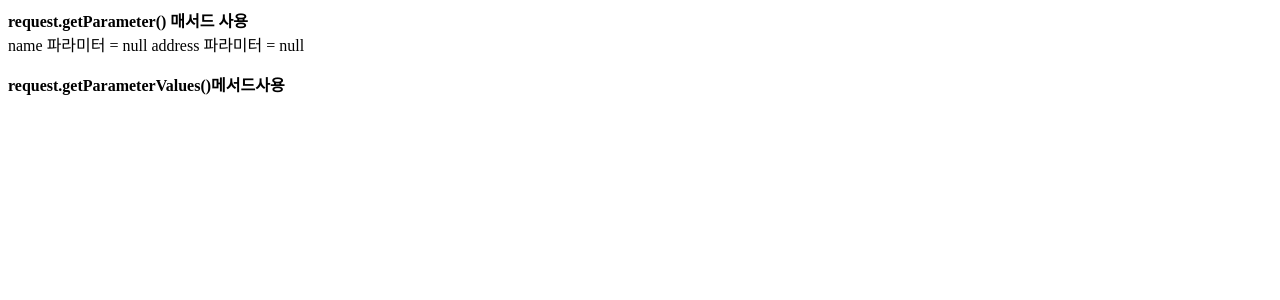
Repository: ikobean/ikoebean
Page: http://localhost/dev_jsp/ch3/viewParameter.jsp
These files come from the project's save history. The page is drawn as it stood at one moment and after the next save; the edit follows.
The browser window is 1280 px wide. The pictures show the whole page.
The page is served by Tomcat 9. Other server files are loaded and not shown.

Above is the page before, as saved 2019-07-15 03:15:59.

### workspace_jsp/dev_jsp/WebContent/ch3/viewParameter.jsp
<%@ page language="java" contentType="text/html; charset=UTF-8"
    pageEncoding="UTF-8"%>
<!DOCTYPE html>
<html>
<head>
<meta charset="UTF-8">
<title>요청 파라미터 출력</title>
</head>
<body>
<b> request.getParameter() 매서드 사용</b><br>
name 파라미터 = <%= request.getParameter("name") %>
address 파라미터 = <%= request.getParameter("address") %>
<p>
<b>request.getParameterValues()메서드사용</b><br>
<%
	String[] values=request.getParameterValues("pet");
	if(values!=null){
		for(int i=0; i<values.length;i++){
%>
<%= values[i]%>
<%
		}
	}

%>
</body>
</html>

After the next save:
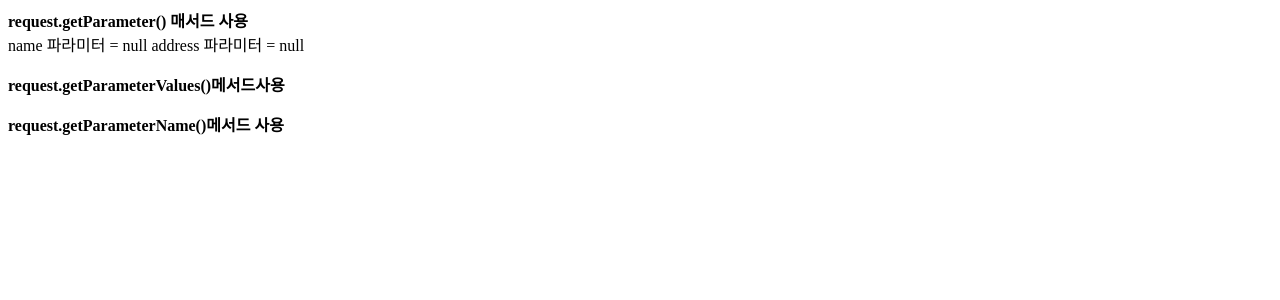
Saved 25 s later.
--- a/workspace_jsp/dev_jsp/WebContent/ch3/viewParameter.jsp
+++ b/workspace_jsp/dev_jsp/WebContent/ch3/viewParameter.jsp
@@ -23,5 +23,7 @@ address 파라미터 = <%= request.getParameter("address") %>
 	}
 
 %>
+<p>
+<b>request.getParameterName()메서드 사용</b><br>
 </body>
 </html>
